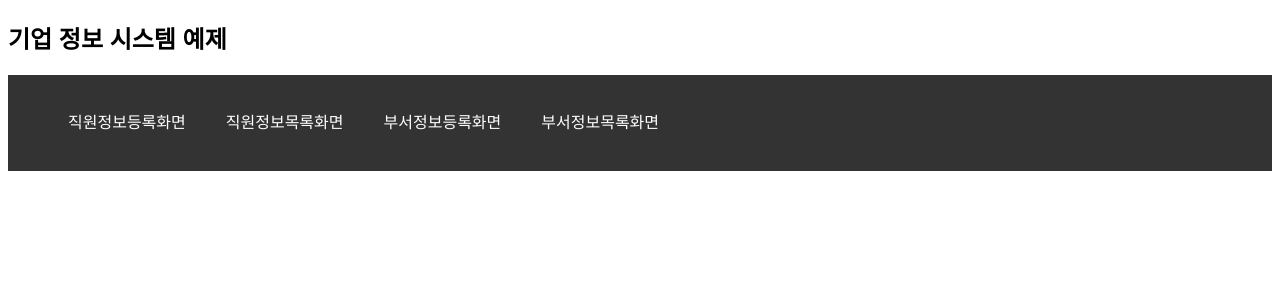
Repository: sieoh/2024html-
Page: workspace_sts/jspweb_08/src/main/webapp/index.html
The author's editor kept a copy of each file at every save. The page is drawn from the files as they stood at one save, then again after the next save.
The browser window is 1280 px wide. The pictures show the whole page.

Above is the page before, as saved 2024-01-12 07:15:19.

### workspace_sts/jspweb_08/src/main/webapp/index.html
<!DOCTYPE html>
<html>
<head>
<meta charset="UTF-8">
<title>Insert title here</title>
<style>
	body {font-family: Arial, sans-serif;}
	.main-menu{background-color: #333333;}
    ul {display: inline-block;  width: 800px;}
    ul li {float: left; padding: 18px 20px; list-style: none; text-decoration-line: none; color: white; text-align: center;}
    ul li a { text-decoration-line: none; color: white;}
  </style>
</head>
<body>
	<h2>기업 정보 시스템 예제</h2>
	<div class="main-menu">
		<ul>
		 	<li><a href="empform.jsp">직원정보등록화면</a></li>
		 	<li><a href="emplist.jsp">직원정보목록화면</a></li>
		 	<li><a href="departform.jsp">부서정보등록화면</a></li>
		 	<li><a href="departlist.jsp">부서정보목록화면</a></li>

		</ul>
	</div>
	<script src="js/jquery-3.7.1.min.js"></script>
  	<script>
	    $(document).ready(function(){
	      $('li').hover(function(){
	        $(this).css("background-color","#696969")
	      },function(){
	        $(this).css("background-color","#333333")
	      });
	    });
  </script>
</body>
</html>

Loaded but not shown: workspace_sts/jspweb_08/src/main/webapp/js/jquery-3.7.1.min.js (library)

After the next save:
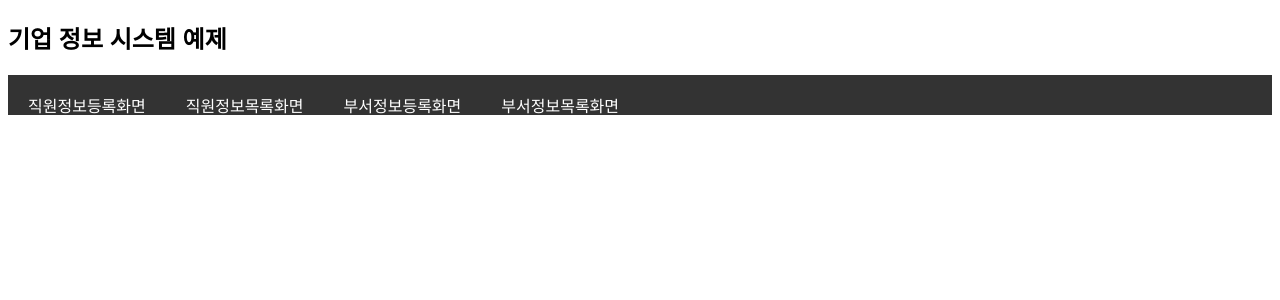
Saved 90 s later.
--- a/workspace_sts/jspweb_08/src/main/webapp/index.html
+++ b/workspace_sts/jspweb_08/src/main/webapp/index.html
@@ -5,9 +5,13 @@
 <title>Insert title here</title>
 <style>
 	body {font-family: Arial, sans-serif;}
-	.main-menu{background-color: #333333;}
-    ul {display: inline-block;  width: 800px;}
-    ul li {float: left; padding: 18px 20px; list-style: none; text-decoration-line: none; color: white; text-align: center;}
+	.main-menu{background-color: #333333; height: 40px}
+    ul {
+    	list-style: none;
+    	padding: 0;
+    	margin: 0;
+    	}
+    ul li {float: left; padding: 18px 20px;  text-decoration-line: none; color: white; text-align: center;}
     ul li a { text-decoration-line: none; color: white;}
   </style>
 </head>
